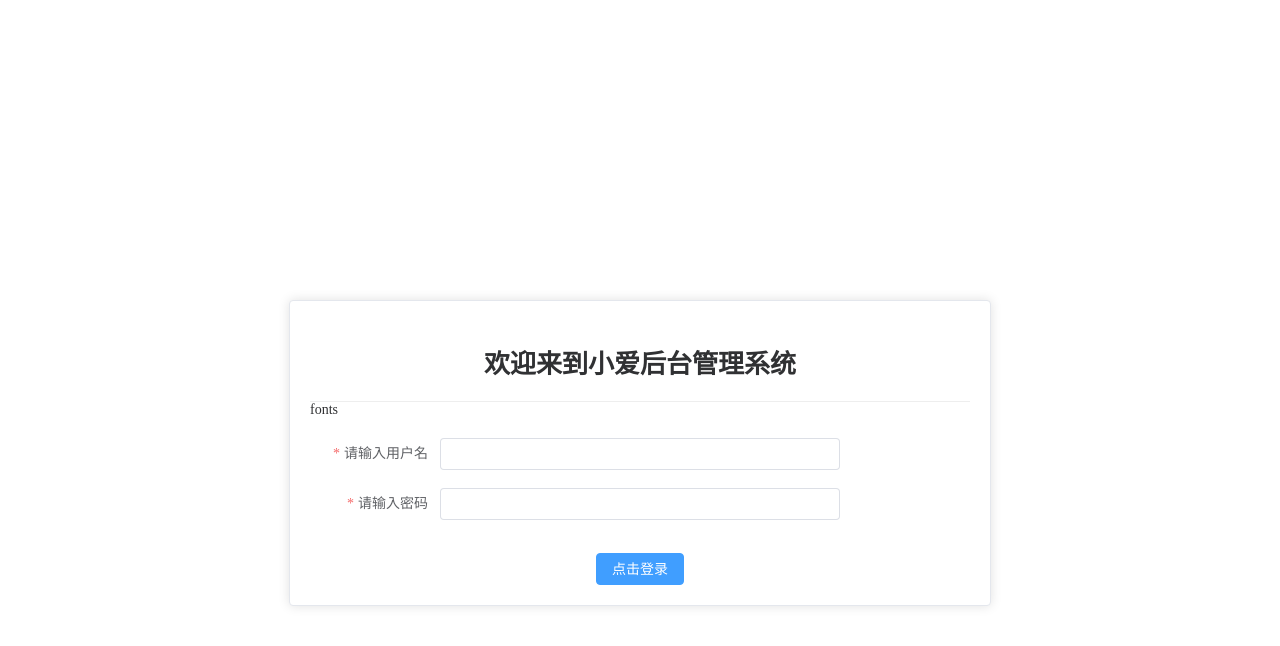
Repository: xinwuhao/CCG
Page: /login
An editor plug-in stored every save of this project. The page is shown before and after the next save, followed by the edit.
The browser window is 1280 px wide. The pictures show the whole page.
The project was rebuilt for these pictures with package versions that can differ from the ones it lists, and the page was loaded fresh each time. Also part of the build but not shown: vite.config.ts, src/components/navHeader/NavHeader.vue, src/components/navLeft/NavLeft.vue, src/views/layout/Layout.vue.

Above is the page before, as saved 2021-09-22 12:00:12.

After the next save:
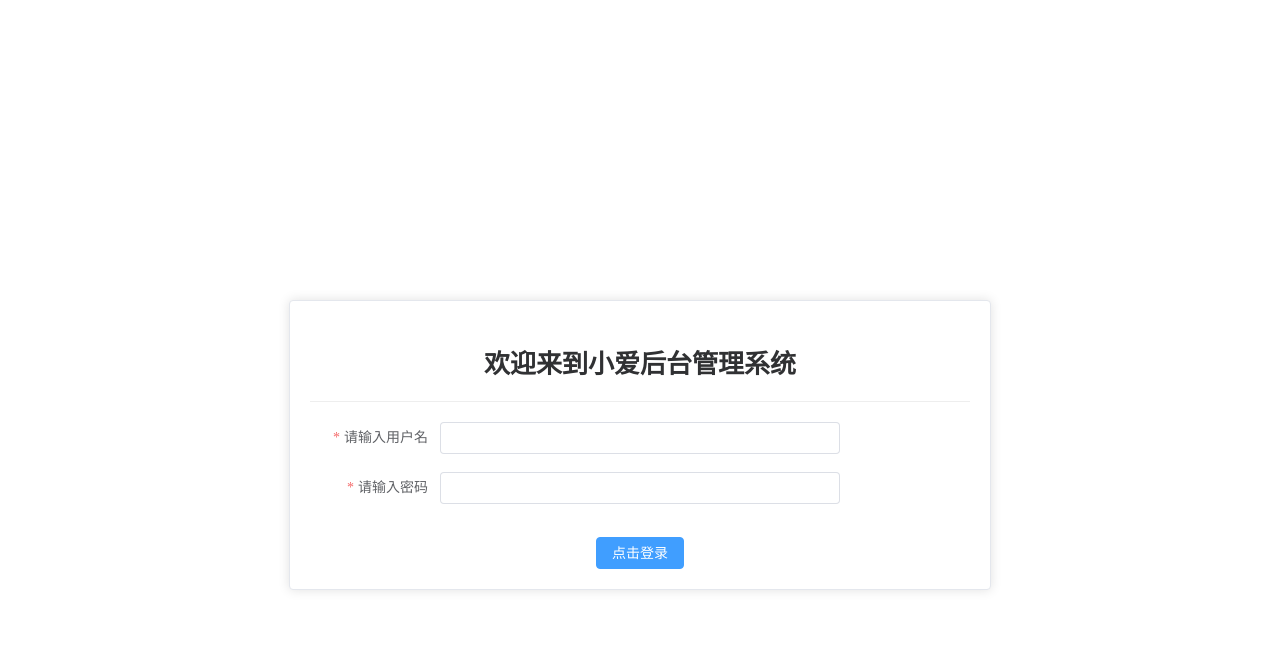
Saved 10 s later.
--- a/src/views/login/login.vue
+++ b/src/views/login/login.vue
@@ -3,7 +3,7 @@
     <el-card class="box-card">
       <div class="text item">
         <div class="fontTile">欢迎来到小爱后台管理系统</div>
-        <div>fonts</div>
+        <div class="fonts"></div>
         <!-- 表单 -->
         <div class="urename">
           <el-form
